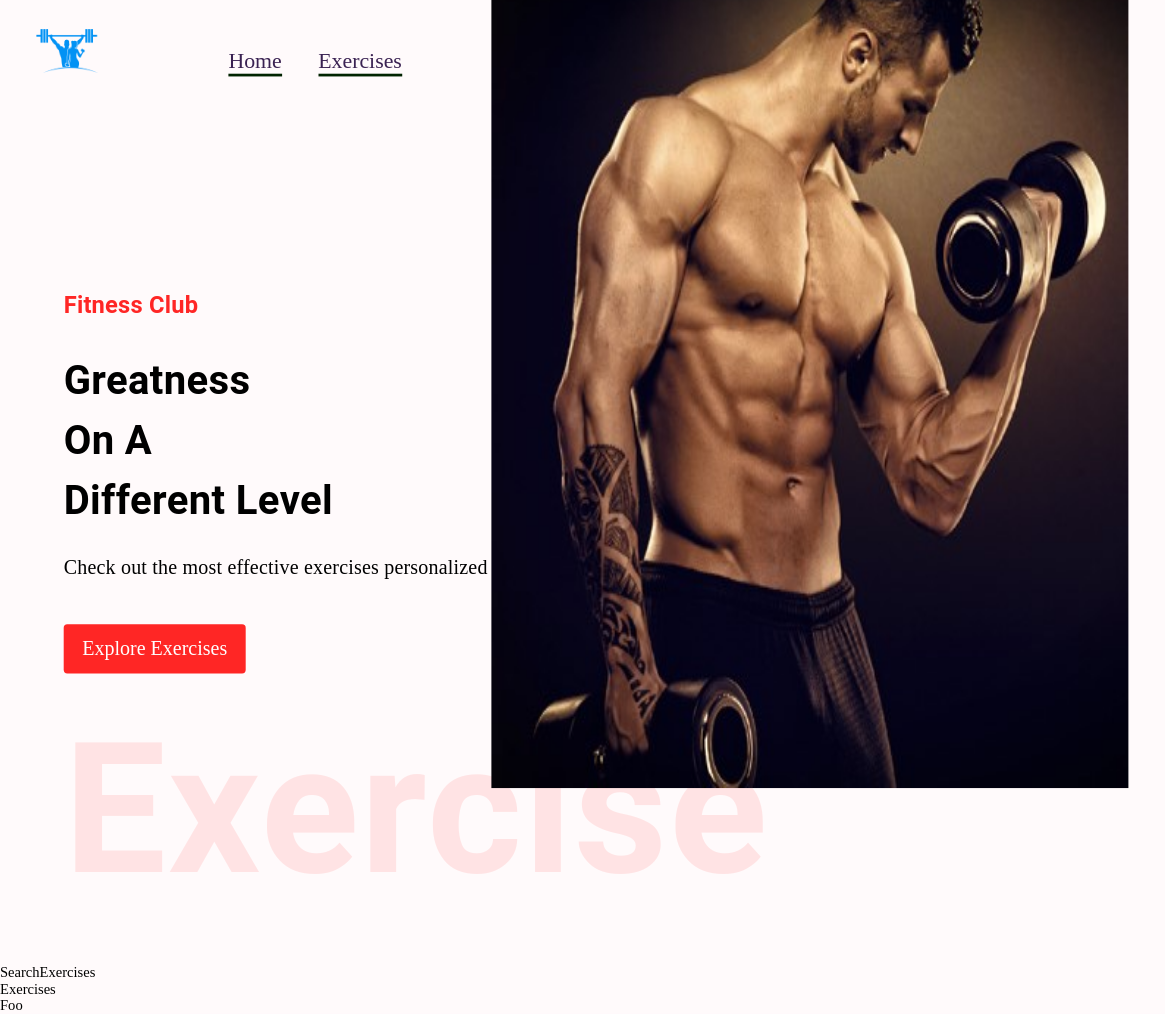
Repository: MhlengiNgubane/Workout-App
Page: /
These files come from the project's save history. The page is drawn as it stood at one moment and after the next save; the edit follows.
The browser window is 1280 px wide. The pictures show the whole page, at 91% of full size.
The project was rebuilt for these pictures with package versions that can differ from the ones it lists, and the page was loaded fresh each time. Also part of the build but not shown: src/pages/ExerciseDetail.js.

Above is the page before, as saved 2022-07-31 20:05:54.

After the next save:
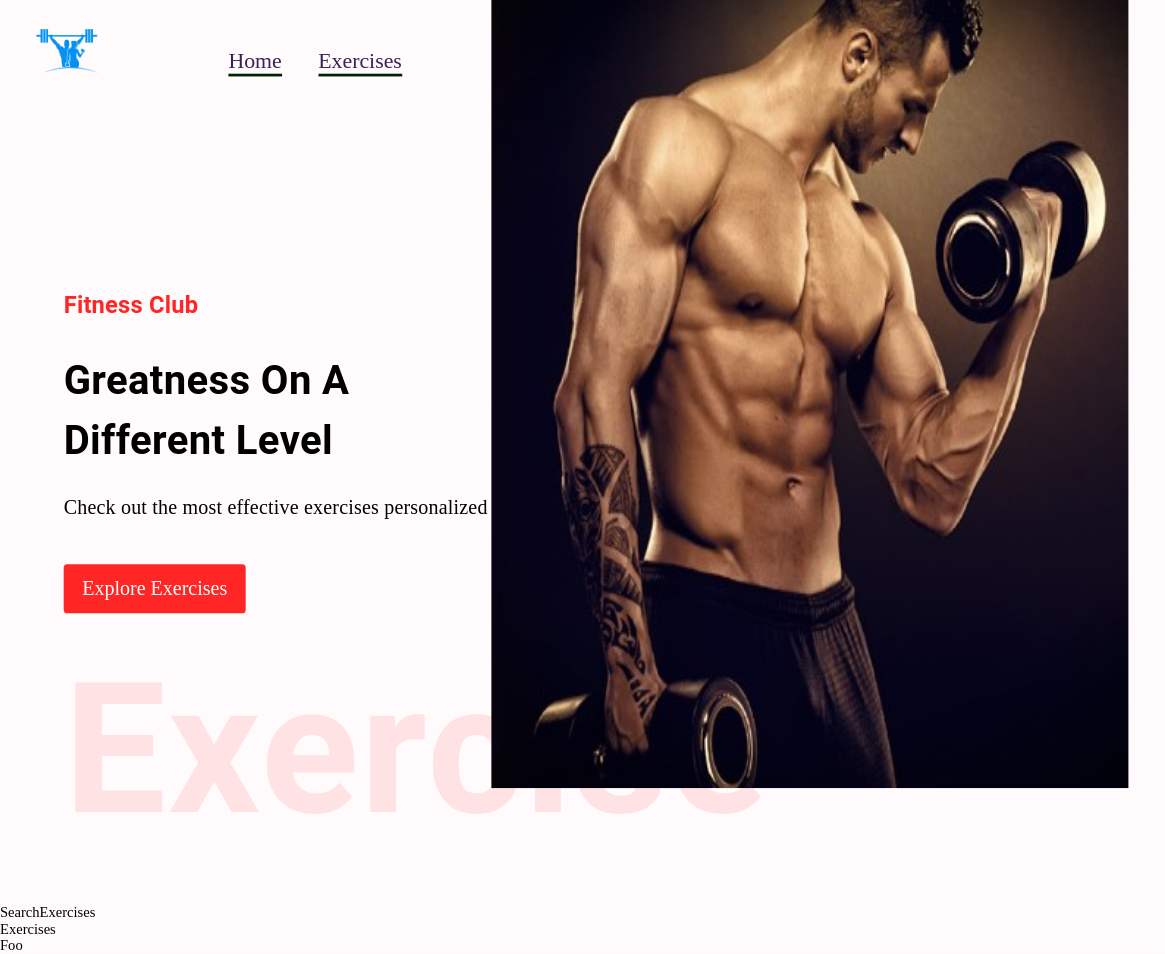
Saved 7 s later.
--- a/src/components/HeroBanner.js
+++ b/src/components/HeroBanner.js
@@ -7,7 +7,7 @@
   <Box sx={{ mt: { lg: '212px', xs: '70px' }, ml: { sm: '50px' } }} position="relative" p="20px">
     <Typography color="#FF2625" fontWeight="600" fontSize="26px">Fitness Club</Typography>
     <Typography fontWeight={700} sx={{ fontSize: { lg: '44px', xs: '40px' } }} mb="23px" mt="30px">
-      Greatness <br /> On A <br />
+      Greatness  On A <br />
       Different Level
     </Typography>
     <Typography fontSize="22px" fontFamily="Alegreya" lineHeight="35px">

After the save that followed:
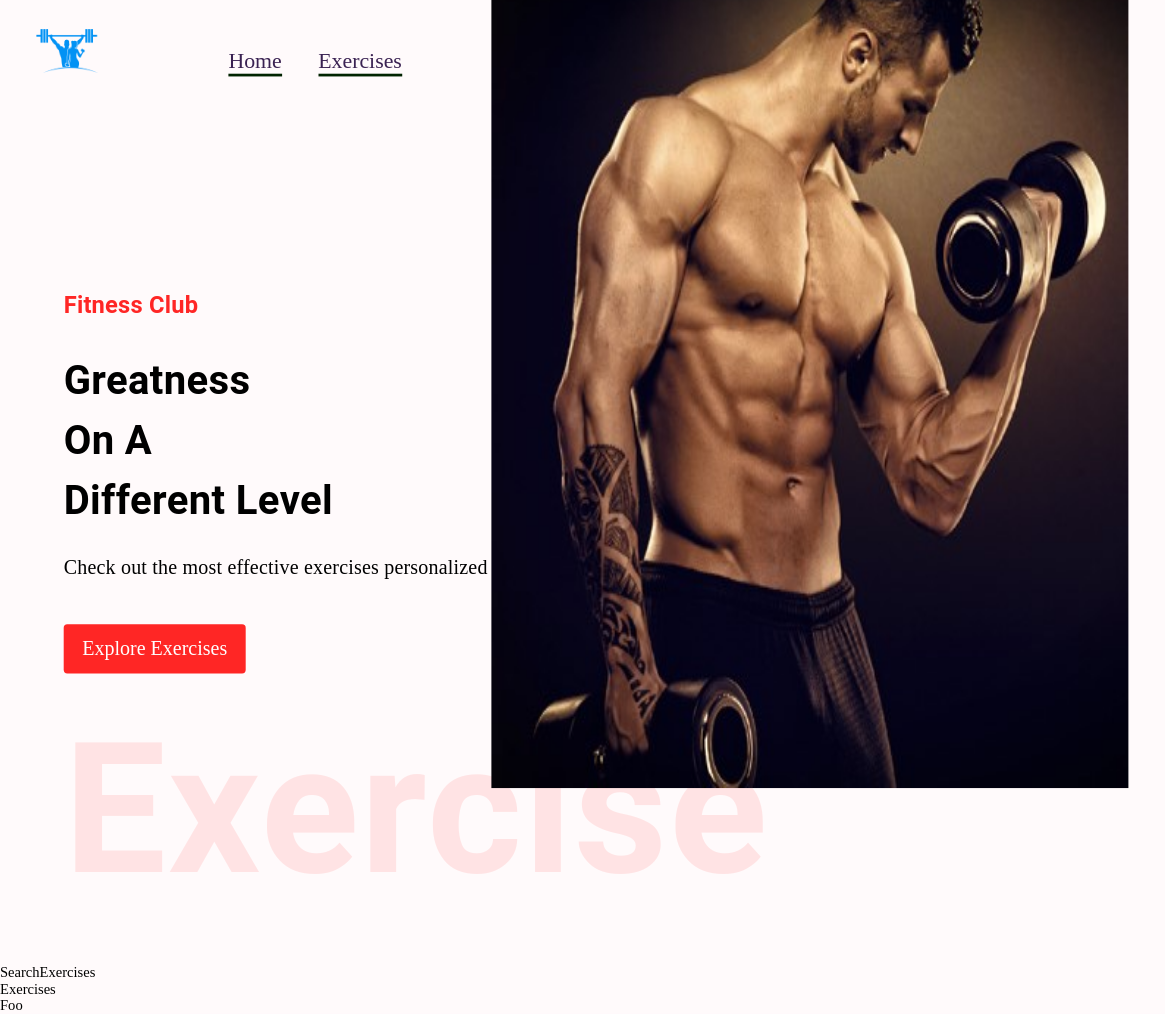
Saved 7 s later.
--- a/src/components/HeroBanner.js
+++ b/src/components/HeroBanner.js
@@ -7,7 +7,7 @@
   <Box sx={{ mt: { lg: '212px', xs: '70px' }, ml: { sm: '50px' } }} position="relative" p="20px">
     <Typography color="#FF2625" fontWeight="600" fontSize="26px">Fitness Club</Typography>
     <Typography fontWeight={700} sx={{ fontSize: { lg: '44px', xs: '40px' } }} mb="23px" mt="30px">
-      Greatness  On A <br />
+      Greatness <br /> On A <br />
       Different Level
     </Typography>
     <Typography fontSize="22px" fontFamily="Alegreya" lineHeight="35px">
